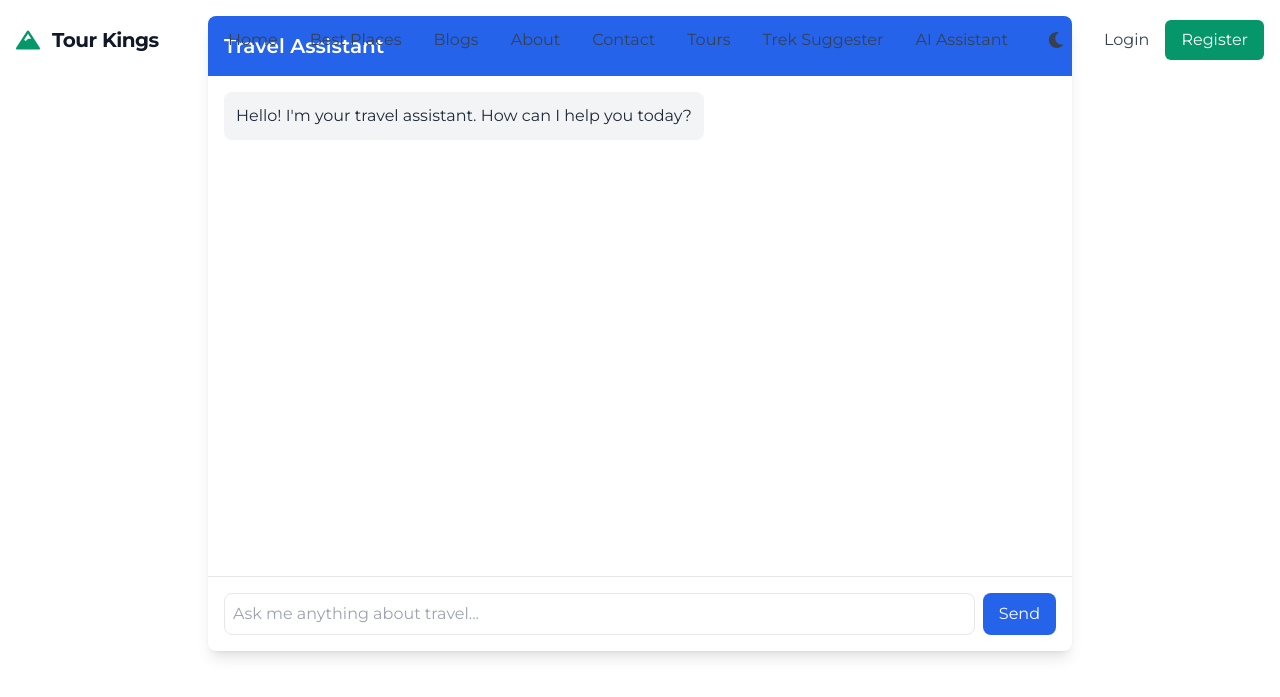
Repository: OnlyAmFo/TourMain
Page: /chatbot (app in Frontend/)
An editor plug-in stored every save of this project. The page is shown before and after the next save, followed by the edit.
The browser window is 1280 px wide. The pictures show the whole page.
The project was rebuilt for these pictures with package versions that can differ from the ones it lists, and the page was loaded fresh each time. Also part of the build but not shown: Frontend/vite.config.js, Frontend/src/utils/notifications.js, Frontend/src/components/Auth/Login.jsx, Frontend/src/components/Auth/Register.jsx, Frontend/src/components/Footer/Footer.jsx, Frontend/src/pages/Layout.jsx, Frontend/src/pages/Dashboard/Admin/AdminLayout.jsx, Frontend/src/pages/Home.jsx and 38 more. Imported but missing from the stored project, and not drawn on this page: Frontend/src/assets/video/main.mp4.

Above is the page before, as saved 2025-04-17 19:32:36.

After the next save:
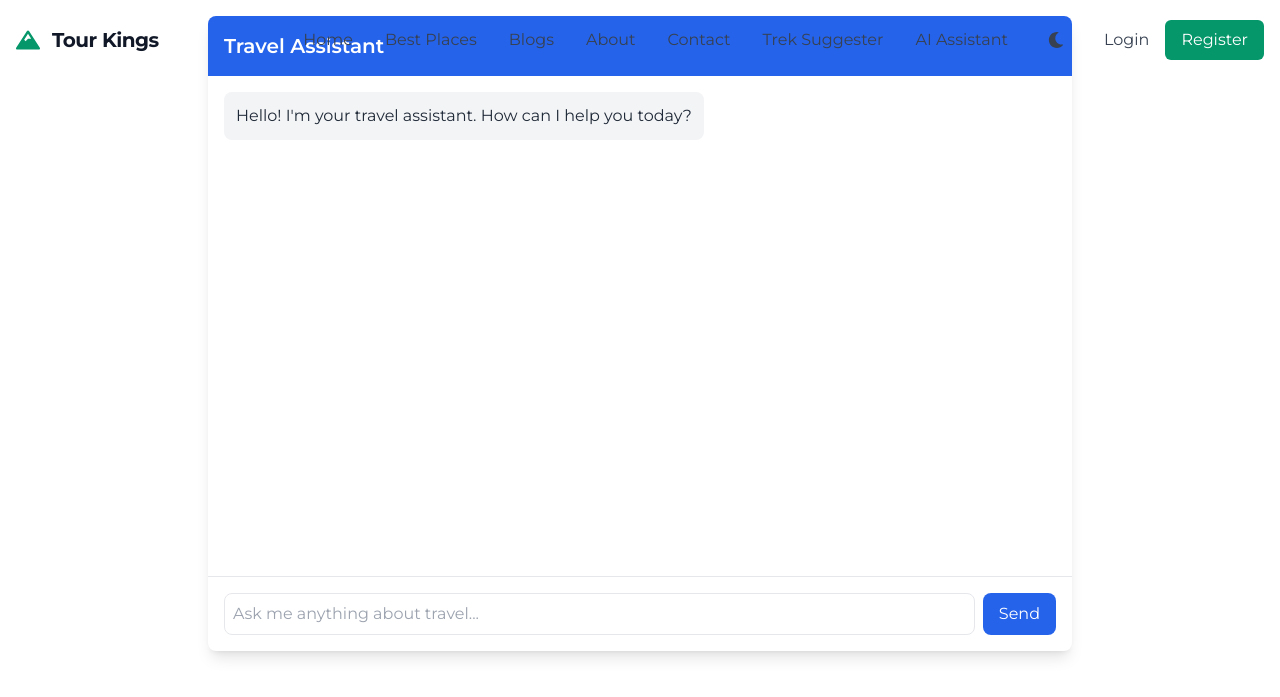
Saved 2 min 11 s later.
--- a/Frontend/src/components/Navbar/Navbar.jsx
+++ b/Frontend/src/components/Navbar/Navbar.jsx
@@ -62,7 +62,6 @@ const Navbar = () => {
     { path: "/blogs", label: "Blogs" },
     { path: "/about", label: "About" },
     { path: "/contact", label: "Contact" },
-    { path: "/tours", label: "Tours" },
     { path: "/trek-suggester", label: "Trek Suggester" },
     { path: "/chatbot", label: "AI Assistant" },
   ];
